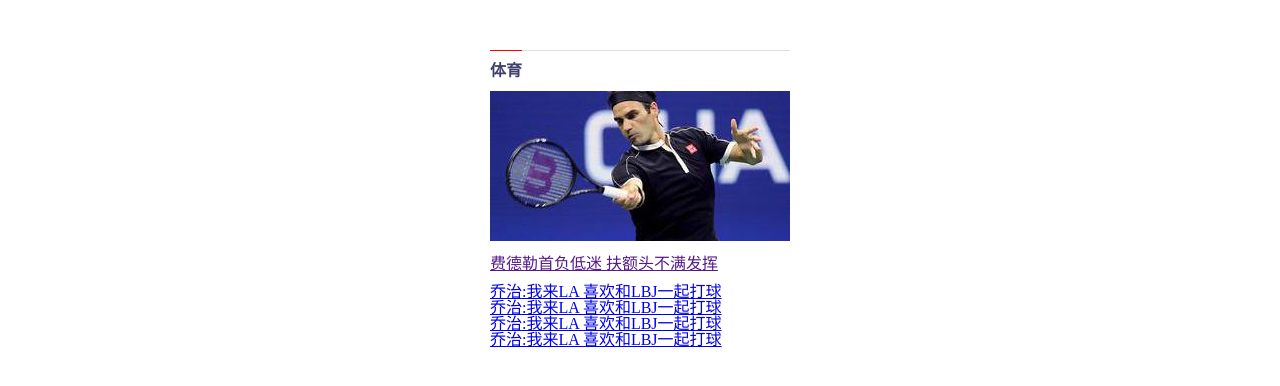
Repository: Romic77/css-test
Page: exercise/03_网易新闻的右侧列表.html
The author's editor kept a copy of each file at every save. The page is drawn from the files as they stood at one save, then again after the next save.
The browser window is 1280 px wide. The pictures show the whole page.

Above is the page before, as saved 2022-09-03 15:49:59.

### exercise/03_网易新闻的右侧列表.html
<!DOCTYPE html>
<html lang="en">

<head>
    <meta charset="UTF-8">
    <meta http-equiv="X-UA-Compatible" content="IE=edge">
    <meta name="viewport" content="width=device-width, initial-scale=1.0">
    <title>Document</title>
    <link rel="stylesheet" href="./css/reset.css">
    <style>
        .news-wrapper {
            width: 300px;
            height: 358px;
            margin: 50px auto;

            /* 设置上边框 */
            border-top: 1px solid #ddd;
        }

        .news-wrapper h2 {
            height: 40px;
            /* 文字居中 */
            line-height: 40px;
        }

        .news-wrapper h2 a {
            text-decoration: none;
            color: #40406B;
            font-weight: bold;
        }

        .news-title {
            height: 40px;
            display: inline-block;
            border-top: 1px red solid;

            margin-top: -1px;

        }
    </style>
</head>

<body>
    <div class="news-wrapper">
        <h2 class="news-title">
            <a href="#">体育</a>
        </h2>

        <div class="news-img">
            <a href="">
                <img src="./img/03/1.jpeg" alt="">

                <h2>费德勒首负低迷 扶额头不满发挥 </h2>
            </a>
        </div>

        <ul class="news-list">
            <li><a href="#">乔治:我来LA 喜欢和LBJ一起打球</a></li>
            <li><a href="#">乔治:我来LA 喜欢和LBJ一起打球</a></li>
            <li><a href="#">乔治:我来LA 喜欢和LBJ一起打球</a></li>
            <li><a href="#">乔治:我来LA 喜欢和LBJ一起打球</a></li>
        </ul>

    </div>
</body>

</html>

Loaded but not shown: exercise/css/reset.css (common file)

After the next save:
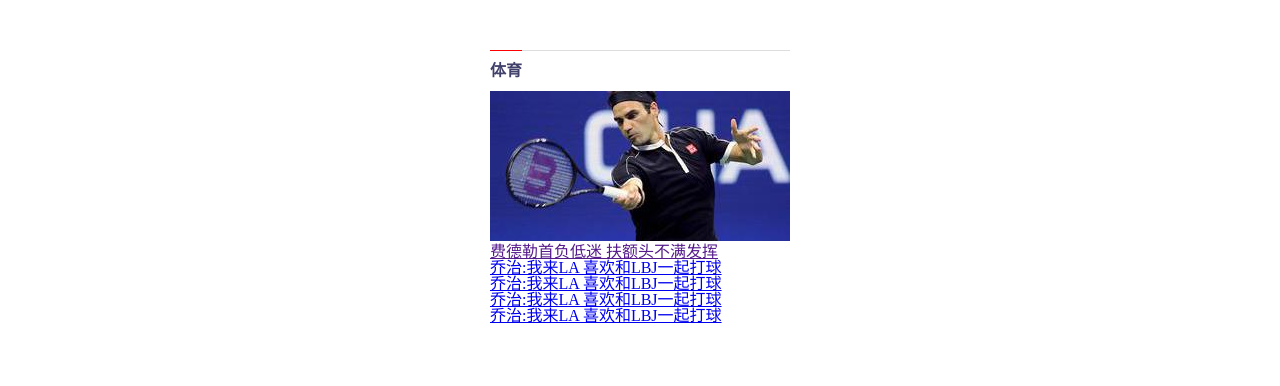
Saved 66 s later.
--- a/exercise/03_网易新闻的右侧列表.html
+++ b/exercise/03_网易新闻的右侧列表.html
@@ -37,6 +37,8 @@
             margin-top: -1px;
 
         }
+
+        .news-title .img-title {}
     </style>
 </head>
 
@@ -50,7 +52,7 @@
             <a href="">
                 <img src="./img/03/1.jpeg" alt="">
 
-                <h2>费德勒首负低迷 扶额头不满发挥 </h2>
+                <h3 class="img-title">费德勒首负低迷 扶额头不满发挥 </h3>
             </a>
         </div>
 
